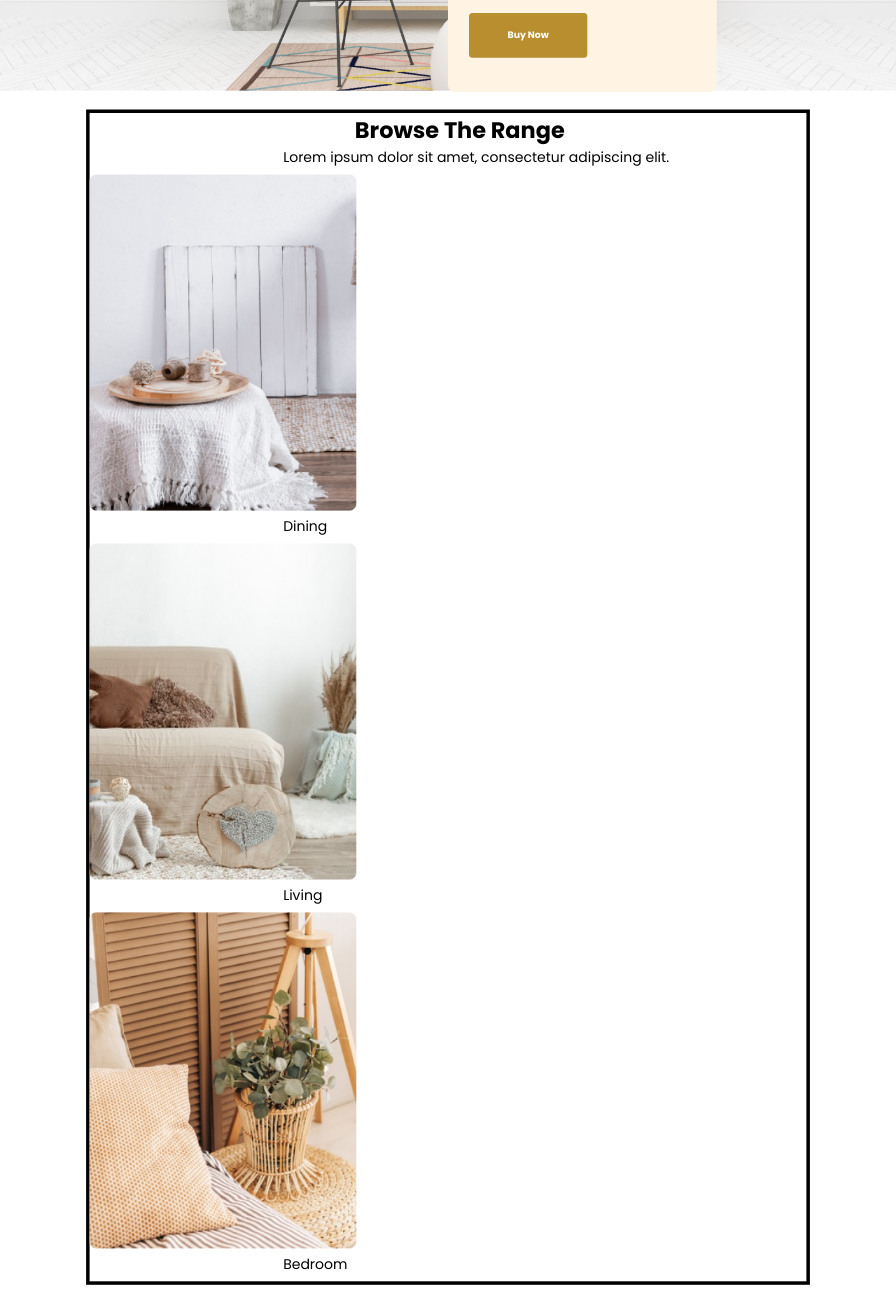
Repository: DT2301/project
Page: index.html
These files come from the project's save history. The page is drawn as it stood at one moment and after the next save; the edit follows.
The browser window is 1280 px wide. The pictures show the part of the page from y = 608 to 2528 px (the page is 2464 px tall before and 2624 px after), at 70% of full size.
A picture or video elsewhere on the page could not be fetched, so the positions and the page height are approximate.

Above is the page before, as saved 2024-01-07 10:35:23.

After the next save:
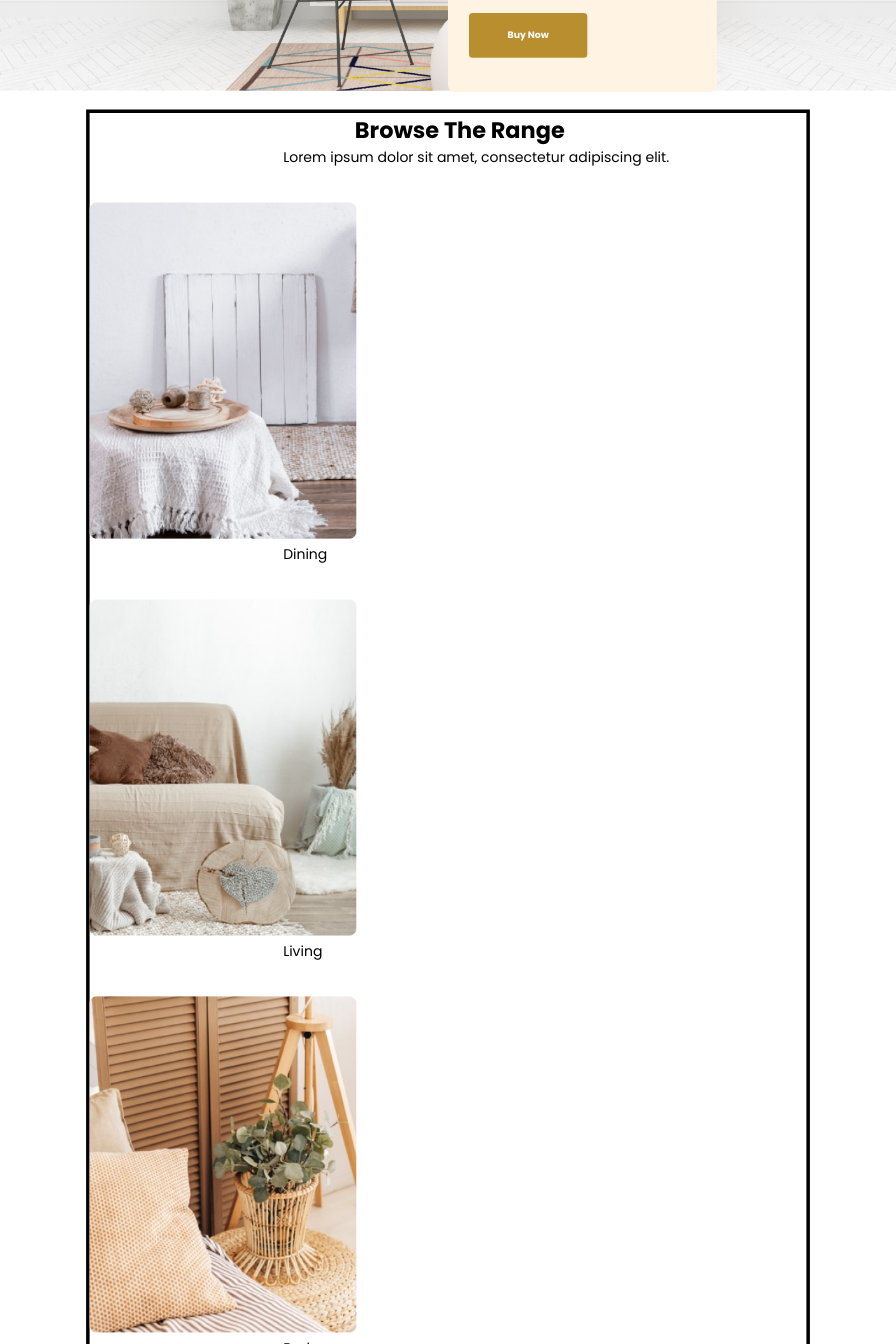
Saved 6 s later.
--- a/style.css
+++ b/style.css
@@ -116,5 +116,5 @@ ul {
     font-size: 20px;
     line-height: 30px;
     margin-left: 27%;
-    margin-bottom: 10px;
+    margin-bottom: 50px;
 }
